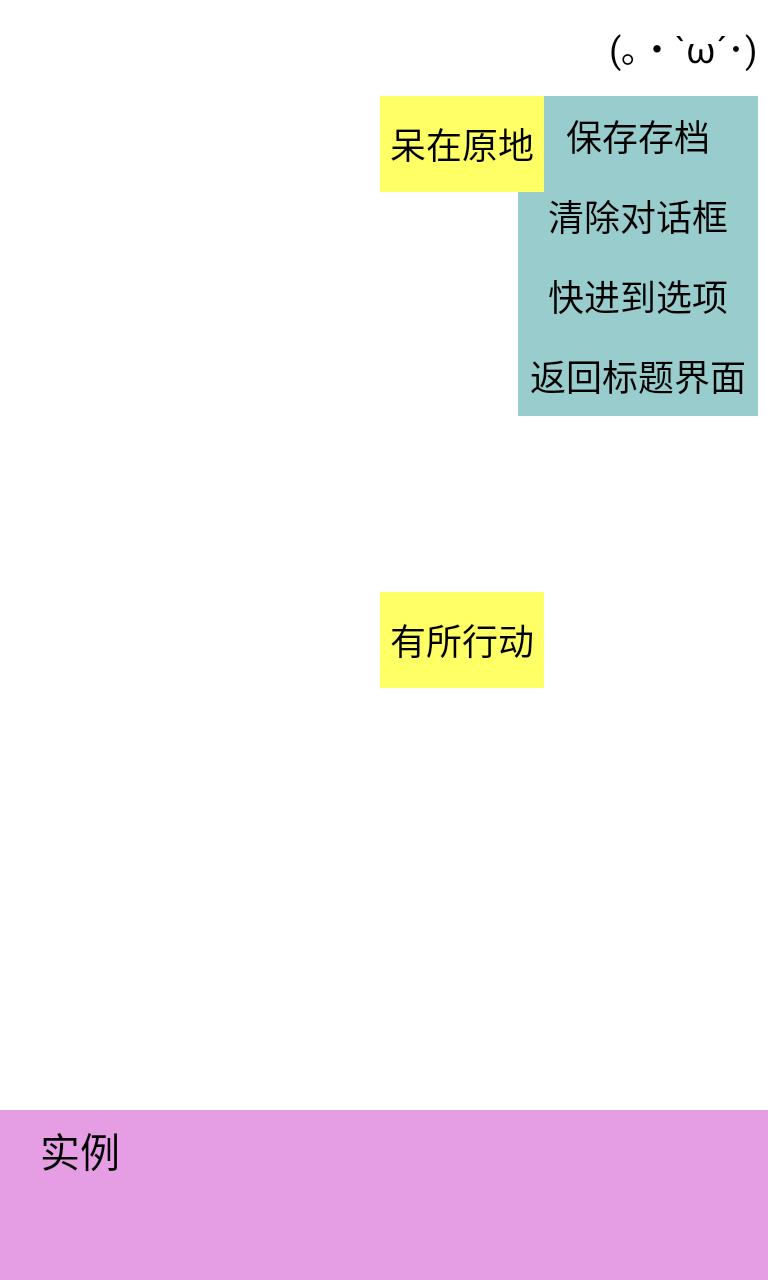
Repository: GuardLDW/HERO
Layout: GuardLDW/res/layout/game.xml
The author's editor kept a copy of each file at every save. The layout is drawn from the files as they stood at one save, then again after the next save.
It is drawn on a 768 x 1280 px phone screen (xhdpi) without system bars, with theme AppTheme; the app's code is not run.

Above is the layout before, as saved 2016-12-07 11:26:26.

After the next save:
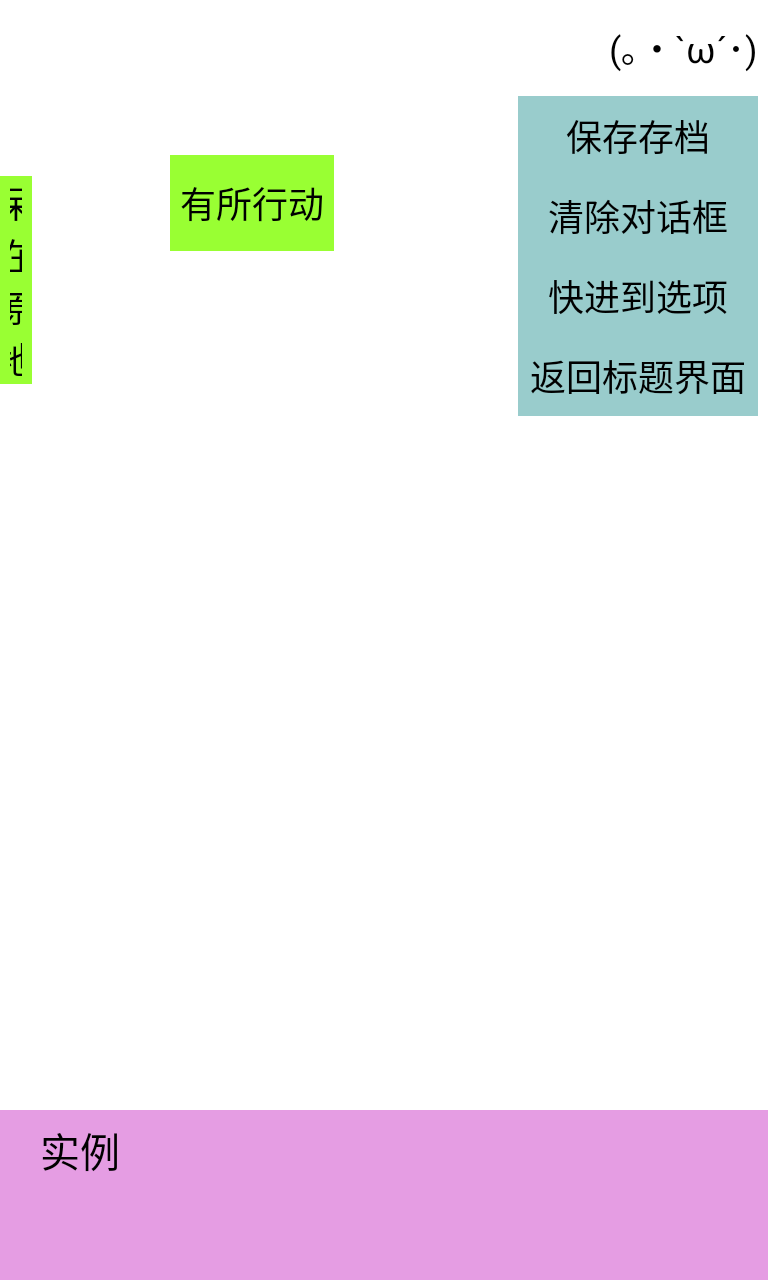
Saved 6 min 16 s later.
--- a/GuardLDW/res/layout/game.xml
+++ b/GuardLDW/res/layout/game.xml
@@ -79,10 +79,11 @@
         android:id="@+id/button_dochoice"
         android:layout_width="wrap_content"
         android:layout_height="wrap_content"
-        android:layout_alignParentLeft="true"
-        android:layout_centerVertical="true"
-        android:layout_marginLeft="190dp"
-        android:background="#FFFF66"
+        android:layout_alignBaseline="@+id/button_staychoice"
+        android:layout_alignBottom="@+id/button_staychoice"
+        android:layout_marginRight="92dp"
+        android:layout_toLeftOf="@+id/button_remove"
+        android:background="#99FF33"
         android:paddingLeft="5dp"
         android:paddingRight="5dp"
         android:text="有所行动" />
@@ -91,9 +92,10 @@
         android:id="@+id/button_staychoice"
         android:layout_width="wrap_content"
         android:layout_height="wrap_content"
-        android:layout_alignLeft="@+id/button_dochoice"
-        android:layout_below="@+id/button_startgameset"
-        android:background="#FFFF66"
+        android:layout_alignTop="@+id/button_remove"
+        android:layout_marginRight="69dp"
+        android:layout_toLeftOf="@+id/button_dochoice"
+        android:background="#99FF33"
         android:paddingLeft="5dp"
         android:paddingRight="5dp"
         android:text="呆在原地" />
